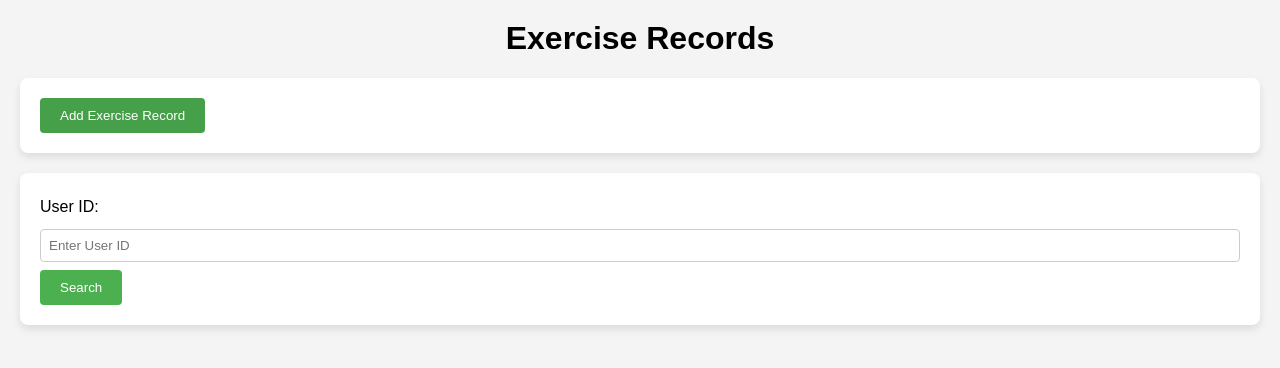
Repository: zilxhasu/eeit94-topic2
Page: http://localhost/topic2/jsp/fitness/index.jsp
An editor plug-in stored every save of this project. The page is shown before and after the next save, followed by the edit.
The browser window is 1280 px wide. The pictures show the whole page.
The pointer rests on the first visible `button`.
The page is served by Tomcat 10.

Above is the page before, as saved 2025-02-23 15:11:13.

After the next save:
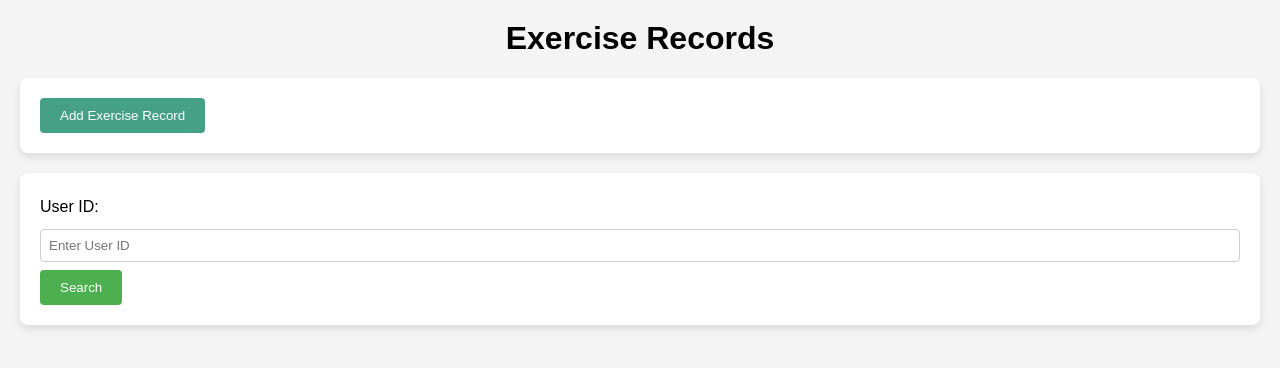
Saved 59 s later.
--- a/topic2/src/main/webapp/jsp/fitness/index.jsp
+++ b/topic2/src/main/webapp/jsp/fitness/index.jsp
@@ -54,7 +54,7 @@
         }
 
         button:hover {
-            background-color: #45a049;
+            background-color: #45a086;
         }
     </style>
 </head>
